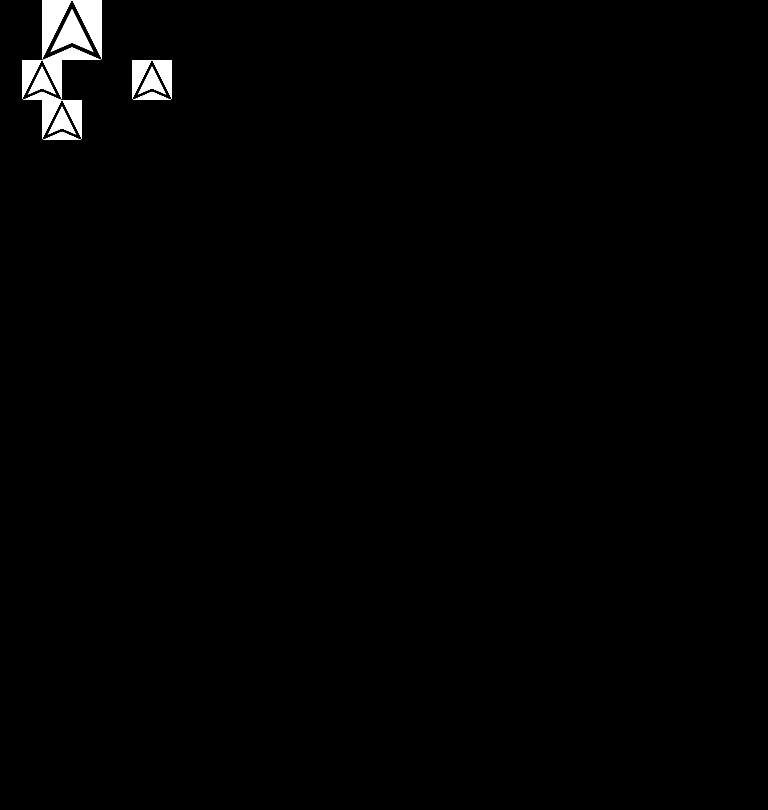
Repository: mintuhouse/AndroidBasedTennisBallCollector_group14_cs308_2012
Layout: android/RemoteTennisBallCollector/res/layout/main.xml
The author's editor kept a copy of each file at every save. The layout is drawn from the files as they stood at one save, then again after the next save.
The pictures show rows 470 to 1280 of an output 1280 px tall.
It is drawn on a 768 x 1280 px phone screen (xhdpi) without system bars, with theme android:Theme; the app's code is not run.

Above is the layout before, as saved 2012-04-07 14:02:24.

### android/RemoteTennisBallCollector/res/layout/main.xml
<?xml version="1.0" encoding="utf-8"?>
<LinearLayout xmlns:android="http://schemas.android.com/apk/res/android"
    android:layout_width="fill_parent"
    android:layout_height="fill_parent"
    android:orientation="vertical"
    android:padding="6dip">

    <TextView xmlns:android="http://schemas.android.com/apk/res/android"
		android:id="@+id/textview"
		android:layout_width="fill_parent"
		android:layout_height="wrap_content"
		android:text="@string/hello"
	/>


    <WebView
        xmlns:android="http://schemas.android.com/apk/res/android"
        android:id="@+id/VideoFrameView"
        android:layout_width="300dp"
        android:layout_height="210dp"
        android:padding="100dip" />

    <LinearLayout
        android:id="@+id/JoyStick"
        android:orientation="vertical"
       	android:layout_width="100dp"
       	android:layout_height="100dp"
       	>
       	<ImageButton
       	   	android:id="@+id/upbutton"
       	   	android:contentDescription="@string/uparrow"
       	 	android:layout_width="30dp"
       	 	android:layout_height="30dp"
       	 	android:layout_marginLeft="15dp"
       	 	android:background="@drawable/joystick"
       	 />
       	<LinearLayout
       	    android:orientation="horizontal"
       	    android:layout_width="match_parent"
       	    android:layout_height="20dp"
       	    >
       	    <ImageButton
	       	   	android:id="@+id/leftbutton"
	       	   	android:contentDescription="@string/leftarrow"
	       	 	android:layout_width="20dp"
	       	 	android:layout_height="20dp"
	       	 	android:layout_marginLeft="5dp"
	       	 	android:background="@drawable/joystick"
	       	 />
       	    <ImageButton
	       	   	android:id="@+id/rightbutton"
	       	   	android:contentDescription="@string/rightarrow"
	       	 	android:layout_width="20dp"
	       	 	android:layout_height="20dp"
	       	 	android:layout_marginLeft="35dp"
	       	 	android:background="@drawable/joystick"
	       	 />
       	</LinearLayout>
        <ImageButton
       	   	android:id="@+id/downbutton"
       	   	android:contentDescription="@string/downarrow"
       	 	android:layout_width="20dp"
       	 	android:layout_height="20dp"
       	 	android:layout_marginLeft="15dp"
       	 	android:background="@drawable/joystick"
       	 />
    </LinearLayout>


</LinearLayout>

### android/RemoteTennisBallCollector/res/values/strings.xml
<?xml version="1.0" encoding="utf-8"?>
<resources>

    <string name="hello">Hello World, BallCollectorActivity!</string>
    <string name="app_name">TennisBallCollector</string>
    <string name="uparrow">Up</string>
    <string name="downarrow">Down</string>
    <string name="leftarrow">Left</string>
    <string name="rightarrow">Right</string>

</resources>

### android/RemoteTennisBallCollector/res/drawable-hdpi/joystick.xml
<?xml version="1.0" encoding="utf-8"?>
<selector xmlns:android="http://schemas.android.com/apk/res/android"
    android:id="@+id/uparrow"
    >
     <item android:state_pressed="true"
           android:drawable="@drawable/uparrow_pressed" /> <!-- pressed -->
     <item android:drawable="@drawable/uparrow_normal" /> <!-- default -->
</selector>

After the next save:
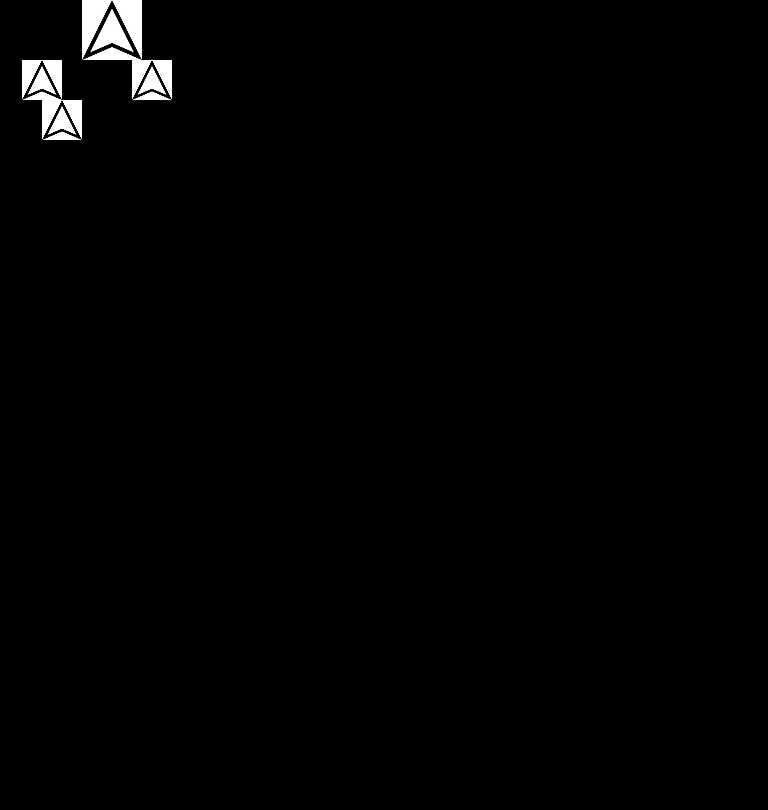
Saved 13 s later.
--- a/android/RemoteTennisBallCollector/res/layout/main.xml
+++ b/android/RemoteTennisBallCollector/res/layout/main.xml
@@ -31,7 +31,7 @@
        	   	android:contentDescription="@string/uparrow"
        	 	android:layout_width="30dp"
        	 	android:layout_height="30dp"
-       	 	android:layout_marginLeft="15dp"
+       	 	android:layout_marginLeft="35dp"
        	 	android:background="@drawable/joystick"
        	 />
        	<LinearLayout
